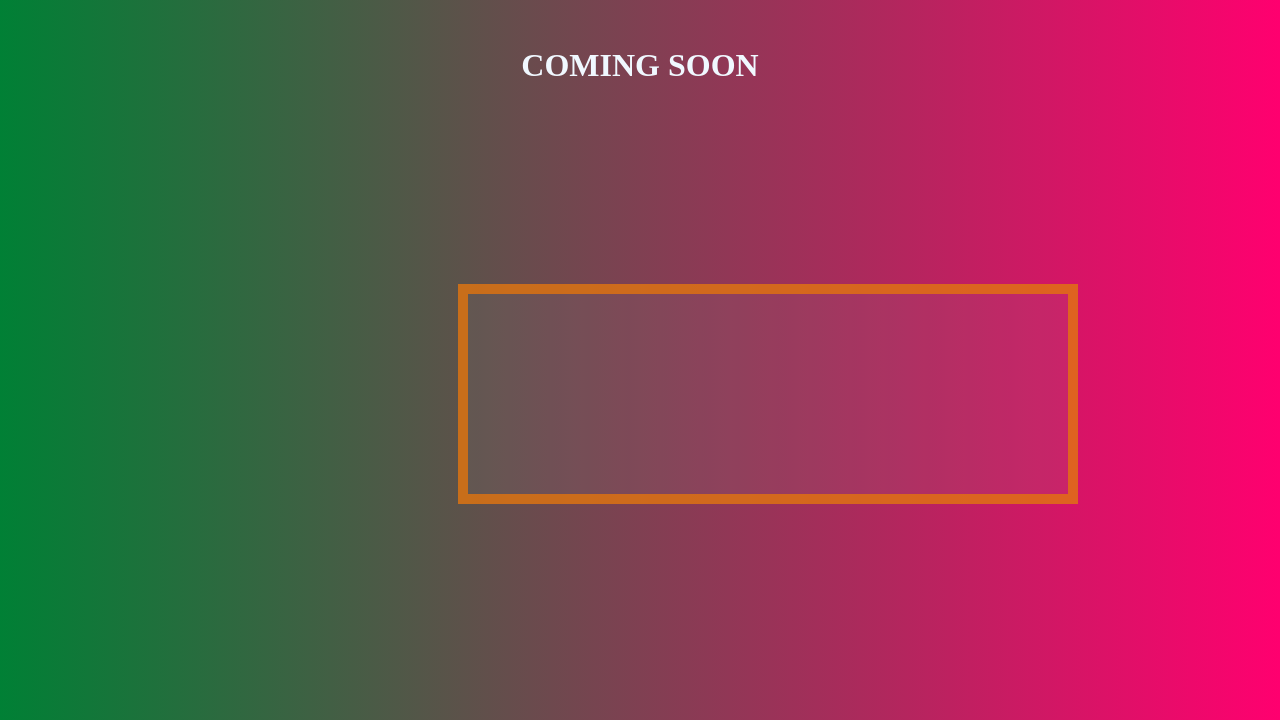
Repository: dubeprince/Web-Applications
Page: Countdown Timer/index.html
The author's editor kept a copy of each file at every save. The page is drawn from the files as they stood at one save, then again after the next save.
The browser window is 1280 px wide. The pictures show the whole page.

Above is the page before, as saved 2023-05-26 18:28:05.

### Countdown Timer/index.html
<!DOCTYPE html>
<html lang="en">
<head>
    <meta charset="UTF-8">
    <meta http-equiv="X-UA-Compatible" content="IE=edge">
    <meta name="viewport" content="width=device-width, initial-scale=1.0">
    <title>Surprise</title>
    <link rel="stylesheet" href="style.css">
</head>
<body>
    <div class="text">
        <img src="" alt="">
        <h1>COMING SOON</h1>
    </div>
    <div class="card">

    </div>

</body>
</html>

### Countdown Timer/style.css
body{
    background-color: aqua;
    background-image: linear-gradient(to right,rgb(0, 128, 53),rgb(255, 0, 111));
}
.card{
    background-color: rgba(128, 128, 128, 0.132);
    margin-left: 450px;
    margin-top: 200px;
    border: solid rgba(228, 116, 12, 0.786);
    border-width: 10px;
    height: 200px;
    width: 600px;
    position: relative;
}
.text h1{
    color: aliceblue;
    text-align: center;
}

After the next save:
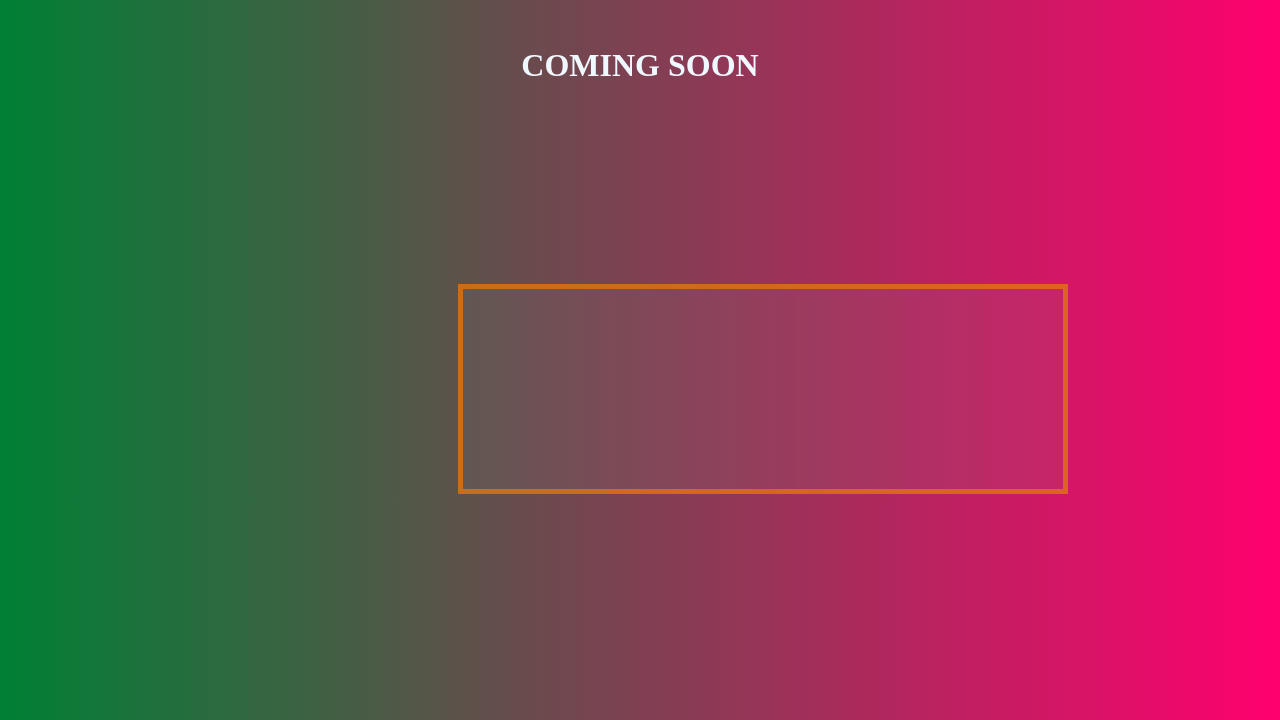
Saved 60 s later.
--- a/Countdown Timer/style.css
+++ b/Countdown Timer/style.css
@@ -7,7 +7,7 @@
     margin-left: 450px;
     margin-top: 200px;
     border: solid rgba(228, 116, 12, 0.786);
-    border-width: 10px;
+    border-width: 5px;
     height: 200px;
     width: 600px;
     position: relative;
